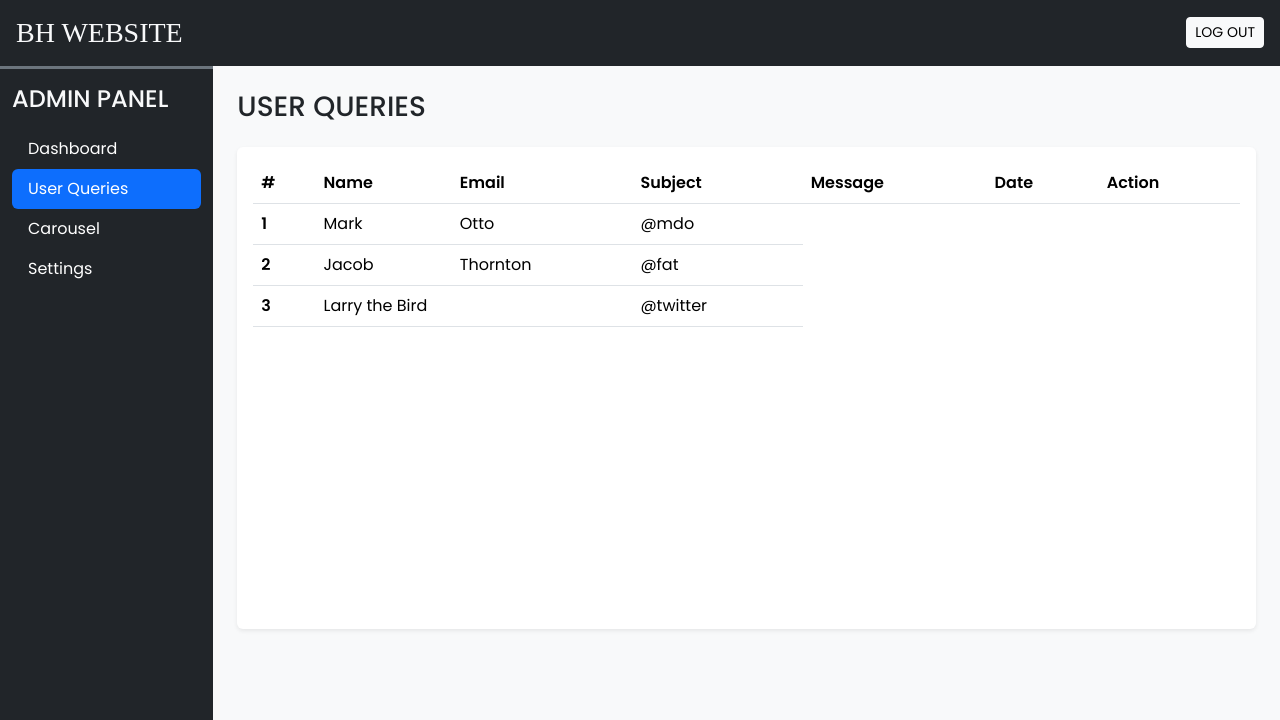
Repository: ntruong0906/desktop-tutorial
Page: http://localhost/hbwebsite/WebsiteBookingHotel/admin/user_queries.php
These files come from the project's save history. The page is drawn as it stood at one moment and after the next save; the edit follows.
The browser window is 1280 px wide. The pictures show the whole page.
Some web fonts or font styles are not loaded; a fallback is used. The page is run by PHP 8.4 with error messages shown; the project is at /var/www/html/. The session is filled in as if someone had signed in: {"adminLogin": true, "adminId": 1}. Other server files are loaded and not shown.

Above is the page before, as saved 2024-05-06 22:51:15.

### WebsiteBookingHotel/admin/user_queries.php
<?php
require ('inc/essentials.php');
require ('inc/db_config.php');
adminLogin();

?>

<!DOCTYPE html>
<html lang="en">

<head>
    <meta charset="UTF-8">
    <meta http-equiv="X-UA-Compatible" content="IE-edge">
    <meta name="viewport" content="width=device-width, initial-scale=1.0">
    <title>Admin Panel - User Queries</title>
    <?php require ('inc/links.php'); ?>
</head>
<style>
.custom-alert {
    position: fixed;
    top: 80px;
    right: 25px;
}

#dashboard-menu {
    position: fixed;
    height: 100%;
}
</style>

<body class="bg-light">

    <?php require ('inc/header.php'); ?>

    <div class="container-fluid" id="main-content">
        <div class="row">
            <div class="col-lg-10 ms-auto p-4 overflow-hidden">
                <h3 class="mb-4">USER QUERIES</h3>

                <!--Carousel section -->
                <div class="card border-0 shadow-sm mb-4">
                    <div class="card-body">
                        <div class="table-responsive-md " style="height: 450px; overflow-y: scroll; ">
                            <table class="table table-hover">
                                <thead class="sticky-top">
                                    <tr class="bg-dark text-light">
                                        <th scope="col">#</th>
                                        <th scope="col">Name</th>
                                        <th scope="col">Email</th>
                                        <th scope="col">Subject</th>
                                        <th scope="col">Message</th>
                                        <th scope="col">Date</th>
                                        <th scope="col">Action</th>
                                    </tr>
                                </thead>
                                <tbody>
                                    <tr>
                                        <th scope="row">1</th>
                                        <td>Mark</td>
                                        <td>Otto</td>
                                        <td>@mdo</td>
                                    </tr>
                                    <tr>
                                        <th scope="row">2</th>
                                        <td>Jacob</td>
                                        <td>Thornton</td>
                                        <td>@fat</td>
                                    </tr>
                                    <tr>
                                        <th scope="row">3</th>
                                        <td colspan="2">Larry the Bird</td>
                                        <td>@twitter</td>
                                    </tr>
                                </tbody>
                            </table>
                        </div>
                    </div>
                </div>
            </div>
        </div>
    </div>

    <?php require ('inc/scripts.php'); ?>
</body>

</html>

### WebsiteBookingHotel/admin/inc/essentials.php
<?php

define ('SITE_URL','http://127.0.0.1/hbwebsite/');
define ('ABOUT_IMG_PATH',SITE_URL.'images/about/');
define ('CAROUSEL_IMG_PATH',SITE_URL.'images/carousel/');



define ('UPLOAD_IMAGE_PATH',$_SERVER['DOCUMENT_ROOT'].'/hbwebsite/images/');
define ('ABOUT_FOLDER','about/');
define ('CAROUSEL_FOLDER','carousel/');
function adminLogin()
{
    session_start();
    if (!isset($_SESSION['adminLogin']) && $_SESSION['adminLogin'] == true) {
        echo "<script>
            window.location.href='index.php';
        </script>";
    }

}
function redirect($url)
{
    echo "<script>
            window.location.href='$url';
        </script>";
}

function alert($type, $msg)
{
    $bs_class = ($type == "success") ? "alert-success" : "alert-danger";
    echo <<<alert
                <div class="alert $bs_class alert-dismissible fade show custom-alert" role="alert">
                    <strong class="me-3">$msg</strong>
                    <button type="button" class="btn-close" data-bs-dismiss="alert" aria-label="Close"></button>
                </div>
            alert;
}

function uploadImage($image,$folder){
    $valid_mime = ['image/jpeg','image/pnp','image/webp'];
    $img_mime = $image['type'];
    if(!in_array($img_mime,$valid_mime)){
        return 'ivn_img';
    }else if(($image['size']/(1024*1024))> 2){
        return 'ivn_size';
    }else{
        $ext = pathinfo($image['name'],PATHINFO_EXTENSION);
        $rname = 'IMG_'.random_int(11111,99999).".$ext";
        $img_path = UPLOAD_IMAGE_PATH.$folder.$rname;
        if(move_uploaded_file($image['tmp_name'],$img_path)){
            return $rname;
        }
        else{
            return 'udp_failed';
        }
    }
}


function deleteImage($image , $folder){
    if(unlink(UPLOAD_IMAGE_PATH.$folder.$image)){
        return true;
    }else{
        return false;
    }
}
?>

### WebsiteBookingHotel/admin/inc/db_config.php
<?php
$hname = 'localhost';
$uname = 'root';
$pass = "";
$db = "hbwebsite";

$con = mysqli_connect($hname, $uname, $pass, $db);

if (!$con) {
    die("Cannot Connect to Database" . mysqli_connect_error());
}

function filteration($data)
{
    foreach ($data as $key => $value) {
        $value = trim($value);
        $value = stripcslashes($value);
        $value = strip_tags($value);
        $value = htmlspecialchars($value);
        $data[$key] = $value;
    }
    return $data;
}

function selectAll($table){
    $con = $GLOBALS['con'];
    $res = mysqli_query($con,"SELECT * FROM $table");
    return $res;
}
function select($sql, $values, $datatype)
{
    $con = $GLOBALS['con'];
    if ($stmt = mysqli_prepare($con, $sql)) {
        mysqli_stmt_bind_param($stmt, $datatype,...$values);
        if (mysqli_stmt_execute($stmt)) {
            $res = mysqli_stmt_get_result($stmt);
            mysqli_stmt_close($stmt);
            return $res;
        } else {
            mysqli_stmt_close($stmt);
            die("Query cannot be excuted - Select");
        }
    } else {
        die("Query cannot be executed - Select");
    }
}

function update($sql, $values, $datatypes)
{
    $con = $GLOBALS['con'];
    if ($stmt = mysqli_prepare($con, $sql)) {
        mysqli_stmt_bind_param($stmt, $datatypes,...$values);
        if (mysqli_stmt_execute($stmt)) {
            $res = mysqli_stmt_affected_rows($stmt);
            mysqli_stmt_close($stmt);
            return $res;
        } else {
            mysqli_stmt_close($stmt);
            die("Query cannot be executed - Update");
        }
    } else {
        die("Query cannot be executed - Update");
    }
}

function insert($sql, $values, $datatypes)
{
    $con = $GLOBALS['con'];
    if ($stmt = mysqli_prepare($con, $sql)) {
        mysqli_stmt_bind_param($stmt, $datatypes,...$values);
        if (mysqli_stmt_execute($stmt)) {
            $res = mysqli_stmt_affected_rows($stmt);
            mysqli_stmt_close($stmt);
            return $res;
        } else {
            mysqli_stmt_close($stmt);
            die("Query cannot be executed - Insert");
        }
    } else {
        die("Query cannot be executed - Insert");
    }
}

function delete($sql, $values, $datatypes)
{
    $con = $GLOBALS['con'];
    if ($stmt = mysqli_prepare($con, $sql)) {
        mysqli_stmt_bind_param($stmt, $datatypes,...$values);
        if (mysqli_stmt_execute($stmt)) {
            $res = mysqli_stmt_affected_rows($stmt);
            mysqli_stmt_close($stmt);
            return $res;
        } else {
            mysqli_stmt_close($stmt);
            die("Query cannot be executed - Delete");
        }
    } else {
        die("Query cannot be executed - Delete");
    }
}
?>

### WebsiteBookingHotel/admin/inc/links.php
<link href="https://cdn.jsdelivr.net/npm/bootstrap@5.3.3/dist/css/bootstrap.min.css" rel="stylesheet"
    integrity="sha384-QWTKZyjpPEjISv5WaRU9OFeRpok6YctnYmDr5pNlyT2bRjXh0JMhjY6hW+ALEwIH" crossorigin="anonymous">
<link href="https://fonts.googleapis.com/css2?family=Merienda:wght@400;700&family=Poppins:wght@400;500;600&display=swap"
    rel="stylesheet">
<link rel="stylesheet" href="https://cdn.jsdelivr.net/npm/bootstrap-icons@1.11.3/font/bootstrap-icons.min.css">
<link rel="stylesheet" href="css/common.css">

### WebsiteBookingHotel/admin/inc/header.php
<div class="container-fluid bg-dark text-light p-3 d-flex align-items-center justify-content-between sticky-top">
    <h3 class="mb-0 h-font">BH WEBSITE</h3>
    <a href="logout.php" class="btn btn-light btn-sm">LOG OUT</a>
</div>

<div class="col-lg-2 bg-dark border-top border-3 border-secondary " id="dashboard-menu">
    <nav class="navbar navbar-expand-lg navbar-dark">
        <div class="container-fluid flex-lg-column align-items-stretch">
            <h4 class="mt-2 text-light">ADMIN PANEL</h4>
            <button class="navbar-toggler shadow-none" type="button" data-bs-toggle="collapse"
                data-bs-target="#adminDropdown" aria-controls="navbarNav" aria-expanded="false"
                aria-label="Toggle navigation">
                <span class="navbar-toggler-icon"></span>
            </button>
            <div class="collapse navbar-collapse flex-column align-items-stretch mt-2" id="adminDropdown">

                <ul class="nav nav-pills flex-column">
                    <li class="nav-item">
                        <a class="nav-link text-white" href="dashboard.php">Dashboard</a>
                    </li>
                    <li class="nav-item">
                        <a class="nav-link text-white" href="user_queries.php">User Queries</a>
                    </li>
                    <li class="nav-item">
                        <a class="nav-link text-white" href="carousel.php">Carousel</a>
                    </li>
                    <li class="nav-item">
                        <a class="nav-link text-white" href="settings.php
                            ">Settings</a>
                    </li>
                </ul>
            </div>
        </div>
        <nav>
</div>

### WebsiteBookingHotel/admin/inc/scripts.php
<script src="https://cdn.jsdelivr.net/npm/bootstrap@5.3.3/dist/js/bootstrap.bundle.min.js"
    integrity="sha384-YvpcrYf0tY3lHB60NNkmXc5s9fDVZLESaAA55NDzOxhy9GkcIdslK1eN7N6jIeHz" crossorigin="anonymous">
</script>

<script>
function alert(type, msg) {
    let bs_class = (type == 'success') ? 'alert-success' : 'alert-danger';
    let element = document.createElement('div');
    element.innerHTML = `
                <div class="alert ${bs_class} alert-dismissible fade show custom-alert" role="alert">
                        <strong class="me-3">${msg}</strong>
                        <button type="button" class="btn-close" data-bs-dismiss="alert" aria-label="Close"></button>
                </div>
                `;
    document.body.append(element);
}

function setActive() {
    let navbar = document.getElementById('dashboard-menu');
    let a_tags = navbar.getElementsByTagName('a');
    for (i = 0; i < a_tags.length; i++) {
        let file = a_tags[i].href.split('/').pop();
        let file_name = file.split('.')[0];
        if (document.location.href.indexOf(file_name) >= 0) {
            a_tags[i].classList.add('active')
        }
    }
}
setActive();
</script>

### WebsiteBookingHotel/admin/css/common.css
:root{
    --teal: #2ec1ac;
    --teal_hover: #279e8c;
}

* {
    font-family: 'Poppins', sans-serif;
}

.h-font {
    font-family: 'Merienda', cursive;
}

input::-webkit-outer-spin-button,
input::-webkit-inner-spin-button {
    -webkit-appearance: none;
    margin: 0;
}

/* input[type=number] {
    -moz-appearance: textfield;
} */

.custom-bg {
    background-color: var(--teal);
    border: 1px solid var(--teal);
}

.custom-bg:hover {
    background-color: var(--teal_hover);
    border-color: var(--teal_hover);
}

.availability-form {
    margin-top: -50px;
    z-index: 2;
    position: relative;
}
.h-line{
    width: 150px ;
    margin: 0 auto;
    height: 1.7px;
}

.custom-alert{
    position: fixed;
    top: 80px;
    right: 25px;
}
#dashboard-menu{
    position:fixed;
    height: 100%;
    z-index: 11;
}

@media screen and (max-width :991px){
    #dashboard-menu{
        height: auto;
        width: 100%;
    }
    #main-content{
        margin-top: 60px;
    }
}

After the next save:
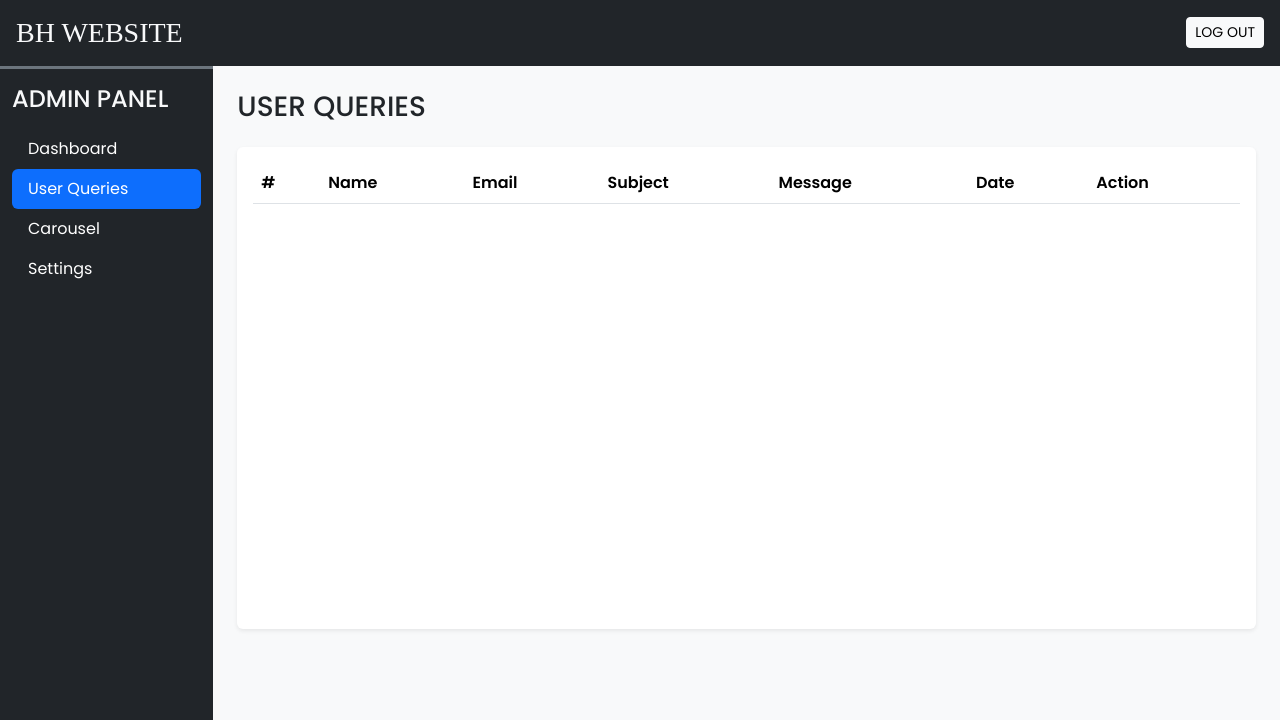
Saved 118 s later.
--- a/WebsiteBookingHotel/admin/user_queries.php
+++ b/WebsiteBookingHotel/admin/user_queries.php
@@ -54,23 +54,9 @@ adminLogin();
                                     </tr>
                                 </thead>
                                 <tbody>
-                                    <tr>
-                                        <th scope="row">1</th>
-                                        <td>Mark</td>
-                                        <td>Otto</td>
-                                        <td>@mdo</td>
-                                    </tr>
-                                    <tr>
-                                        <th scope="row">2</th>
-                                        <td>Jacob</td>
-                                        <td>Thornton</td>
-                                        <td>@fat</td>
-                                    </tr>
-                                    <tr>
-                                        <th scope="row">3</th>
-                                        <td colspan="2">Larry the Bird</td>
-                                        <td>@twitter</td>
-                                    </tr>
+                                    <?php
+                                   $q = "SELECT * FROM `user_queries` ORDER BY `sr_no`";
+                                   ?>
                                 </tbody>
                             </table>
                         </div>
